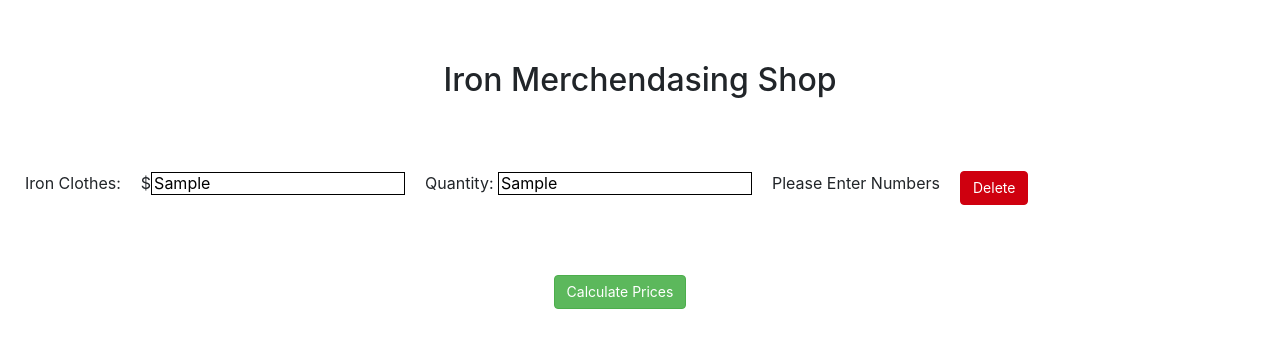
Repository: konstantin0s/lab-cart-DOM
Page: index.html
The author's editor kept a copy of each file at every save. The page is drawn from the files as they stood at one save, then again after the next save.
The browser window is 1280 px wide. The pictures show the whole page.
Empty fields were first filled with sample values (such as "Sample", 5 or name@example.com).
After loading, the first visible `#calc-prices-button` was clicked once.
Some web libraries are served in a nearby version.

Above is the page before, as saved 2019-02-01 22:59:00.
Console error: TypeError: Cannot set properties of null (setting 'onclick')

After the next save:
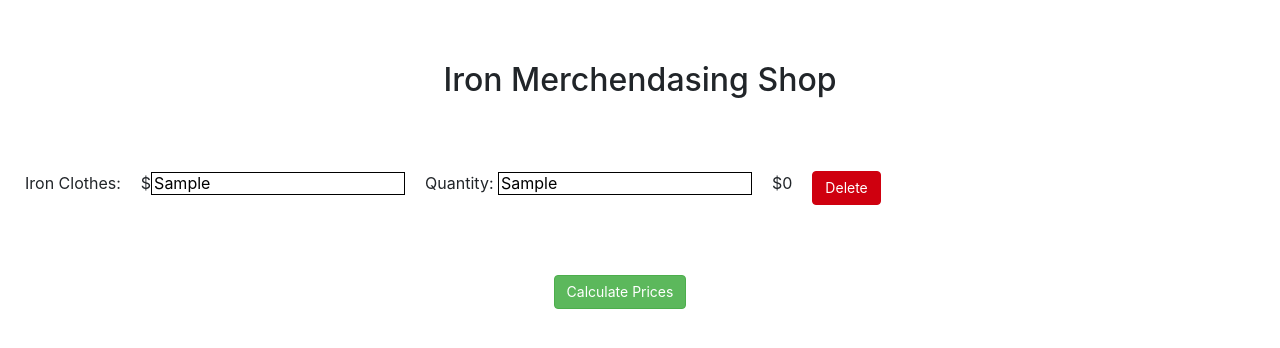
Saved 3 min 1 s later.
--- a/js/index.js
+++ b/js/index.js
@@ -20,25 +20,6 @@
 
 function getPriceByProduct(itemNode){
 
-
-  var getQuantity = parseInt(document.getElementById('costUnit').value);
-  // console.log(getQuantity);
-  var getInput = parseFloat(document.getElementById('quantity').value);
-  // console.log(getInput);
-  itemNode = getQuantity * getInput;
-  // console.log(itemNode); // it works
-
-  if (!itemNode) {
-    document.getElementsByClassName("totalP")[0].innerHTML = "Please Enter Numbers";
-  } else {
-    document.getElementsByClassName("totalP")[0].innerHTML = "Total price is = $" + itemNode;
-  }
-
-
-
-  //  document.getElementById('result').innerHTML = myResult;
-  // itemNode = myResult;
-  // return itemNode;
 }
 
 
@@ -49,7 +30,15 @@
 }
 
 function getTotalPrice() {
+   var getQuantity = parseInt(document.getElementById('costUnit').value);
+   var getInput = parseFloat(document.getElementById('quantity').value);
+   var result = getQuantity * getInput;
 
+    if (!itemNode) {
+    document.getElementsByClassName("totalP")[0].innerHTML = "Please Enter Numbers";
+  } else {
+    document.getElementsByClassName("totalP")[0].innerHTML = "Total price is = $" + result;
+  }
 }
 
 function createQuantityInput(){

After the 6 saves that followed:
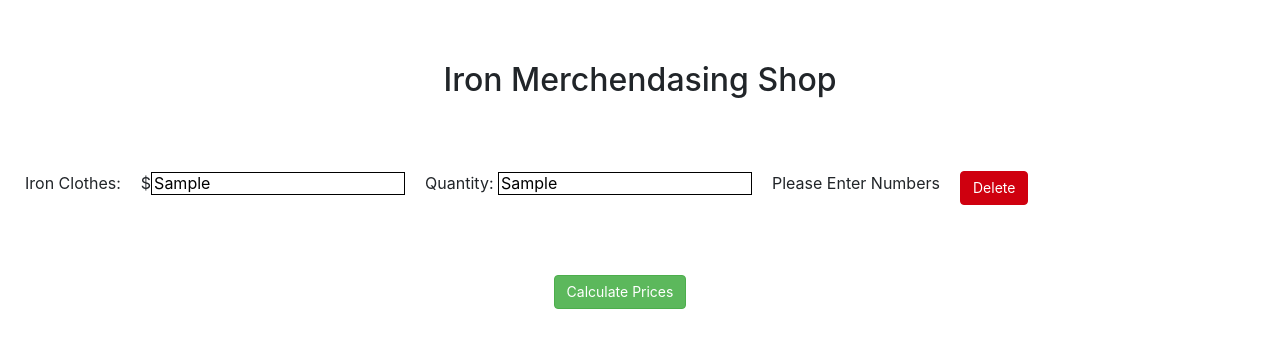
The 6 saves are shown as one change because 5 left the picture as it was.
The last was saved 4 min 13 s later.
--- a/index.html
+++ b/index.html
@@ -48,7 +48,7 @@
   </div>
 
     <div class="calculate">
-      <button type="button" onclick="getPriceByProduct()" class="button btn-success" id="calc-prices-button">Calculate Prices</button>
+      <button type="button" class="button btn-success" id="calc-prices-button">Calculate Prices</button>
     </div>
 
 
--- a/js/index.js
+++ b/js/index.js
@@ -1,6 +1,6 @@
 
 
-  document.getElementById("calc-prices-button").addEventListener("click", getPriceByProduct);
+  document.getElementById("calc-prices-button").addEventListener("click", getTotalPrice);
 
 //         var clickedElement = event.target;
 //         var parentElement = event.target.parentElement;
@@ -23,18 +23,16 @@
 }
 
 
-
-
 function updatePriceByProduct(productPrice, index){
 
 }
 
-function getTotalPrice() {
+function getTotalPrice(result) {
    var getQuantity = parseInt(document.getElementById('costUnit').value);
    var getInput = parseFloat(document.getElementById('quantity').value);
    var result = getQuantity * getInput;
 
-    if (!itemNode) {
+    if (!result) {
     document.getElementsByClassName("totalP")[0].innerHTML = "Please Enter Numbers";
   } else {
     document.getElementsByClassName("totalP")[0].innerHTML = "Total price is = $" + result;
